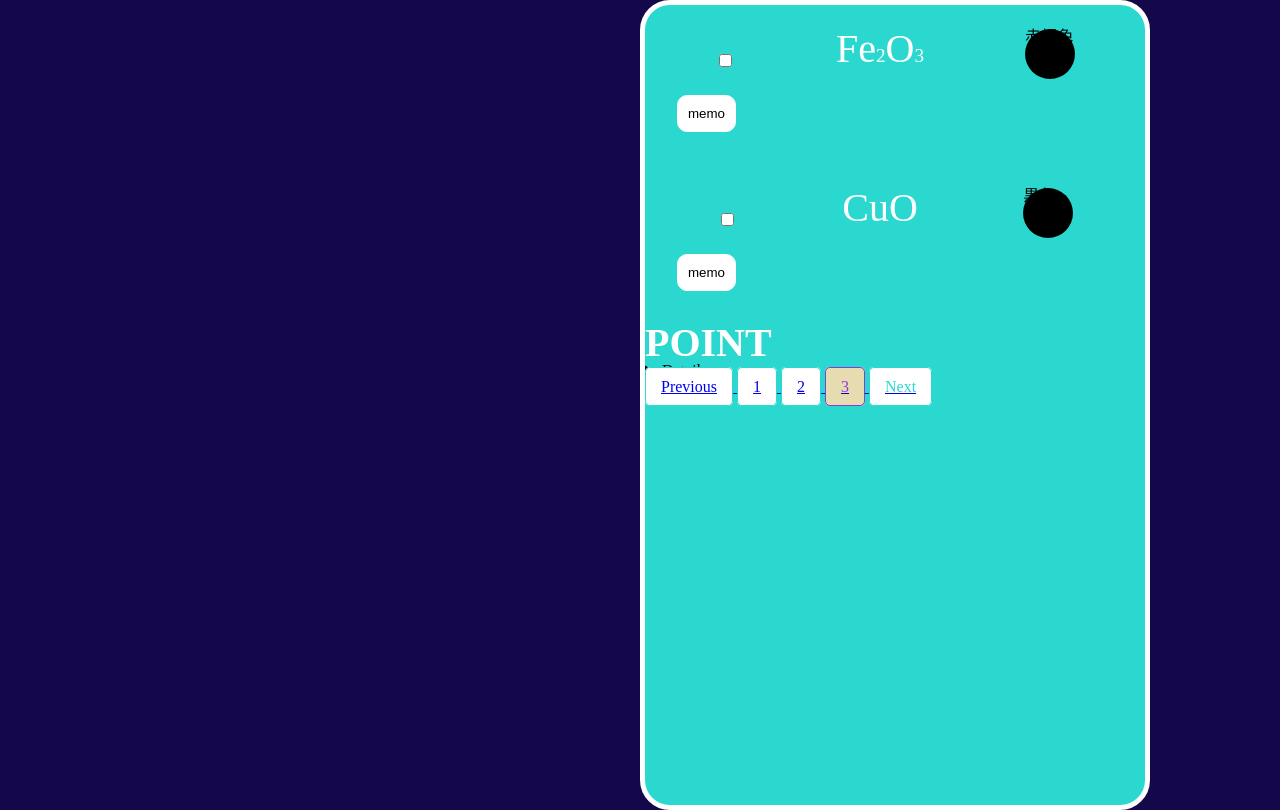
Repository: 1000sky/Inorganic_chemistry_application
Page: http://localhost/index6
An editor plug-in stored every save of this project. The page is shown before and after the next save, followed by the edit.
The browser window is 1280 px wide. The pictures show the whole page.
The page is served by the project's Laravel application, run on PHP 8.4 with Laravel 8.

Above is the page before, as saved 2022-07-16 15:24:48.

After the next save:
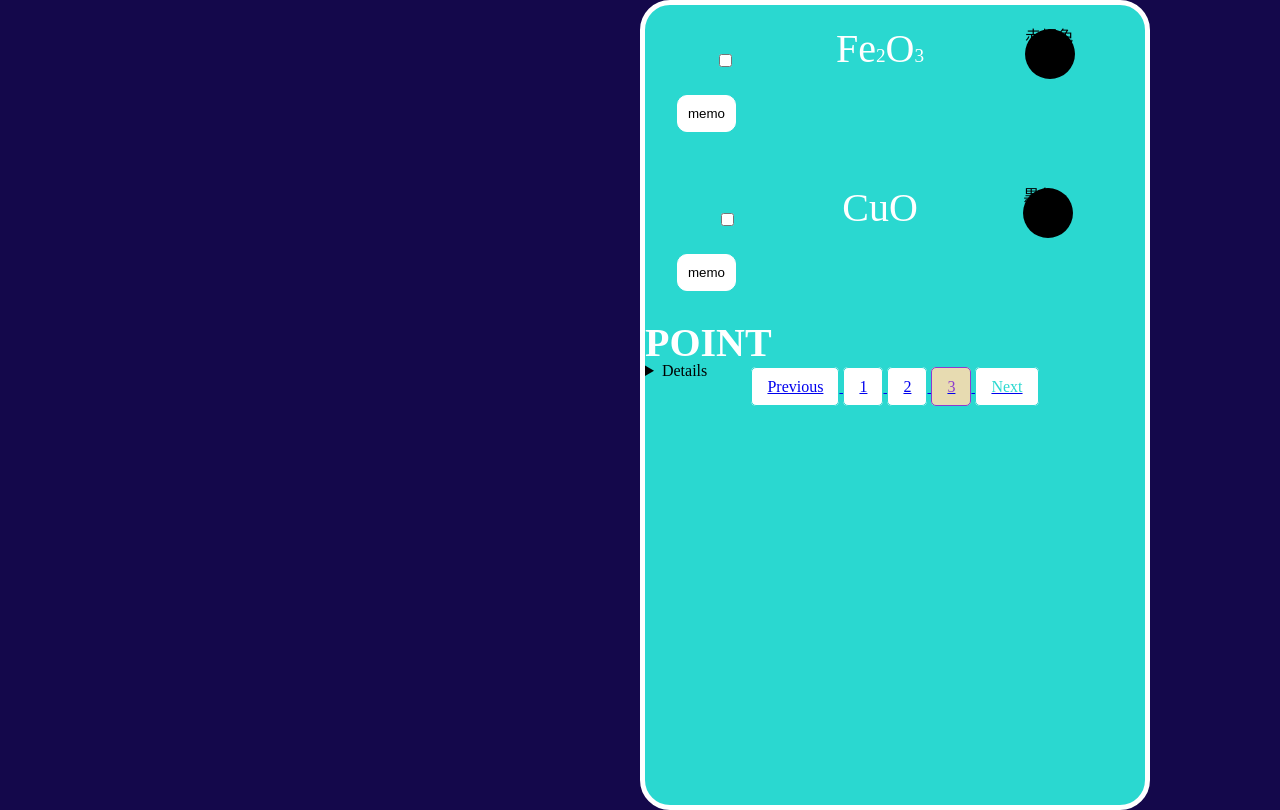
Saved 16 s later.
--- a/application/public/css/index.css
+++ b/application/public/css/index.css
@@ -62,7 +62,7 @@ span {
 
 
 .page{
-  display: block;
+  text-align: center;
 
 
 }
